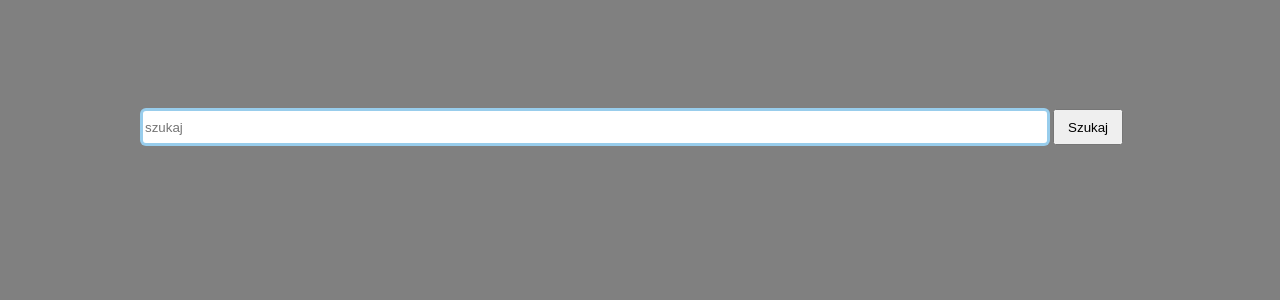
Repository: kq333/wyszukiarka-filmowa
Page: index.html
The author's editor kept a copy of each file at every save. The page is drawn from the files as they stood at one save, then again after the next save.
The browser window is 1280 px wide. The pictures show the whole page.
The style sheet was rebuilt from its Sass, Less or Tailwind sources for each picture, by a compiler version that may differ from the author's.

Above is the page before, as saved 2021-01-20 22:37:59.

After the next save:
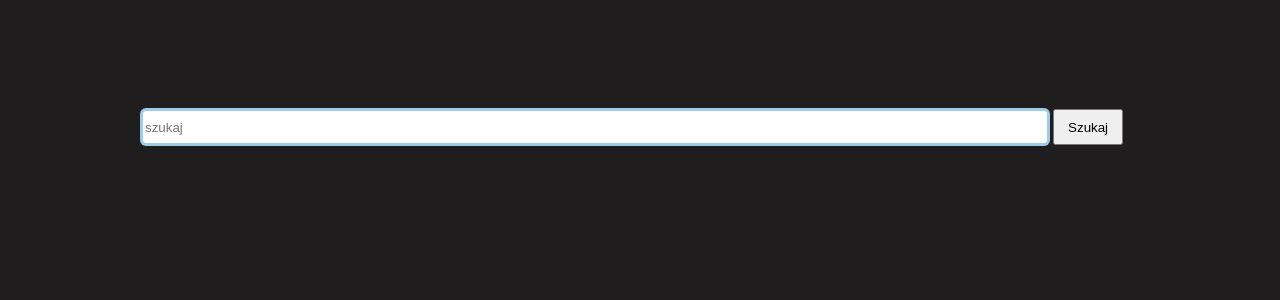
Saved 3 min 35 s later.
--- a/style/style.scss
+++ b/style/style.scss
@@ -1,5 +1,5 @@
 body{
-    background-color: grey;
+    background-color: rgb(31, 29, 29);
     font-family: 'Lato', sans-serif;
 }
 
@@ -26,11 +26,6 @@ body{
 }
 
 
-
-
-
-
-
 #container{
     width:1000px;
     height: auto;
@@ -225,27 +220,6 @@ body{
 
             }
         }
-
-
-
-
-
-
-    }
-
-
-
-
-
-
-}
-
-
-
-
-
-
-
-
-
-}
+    }
+}
+};
